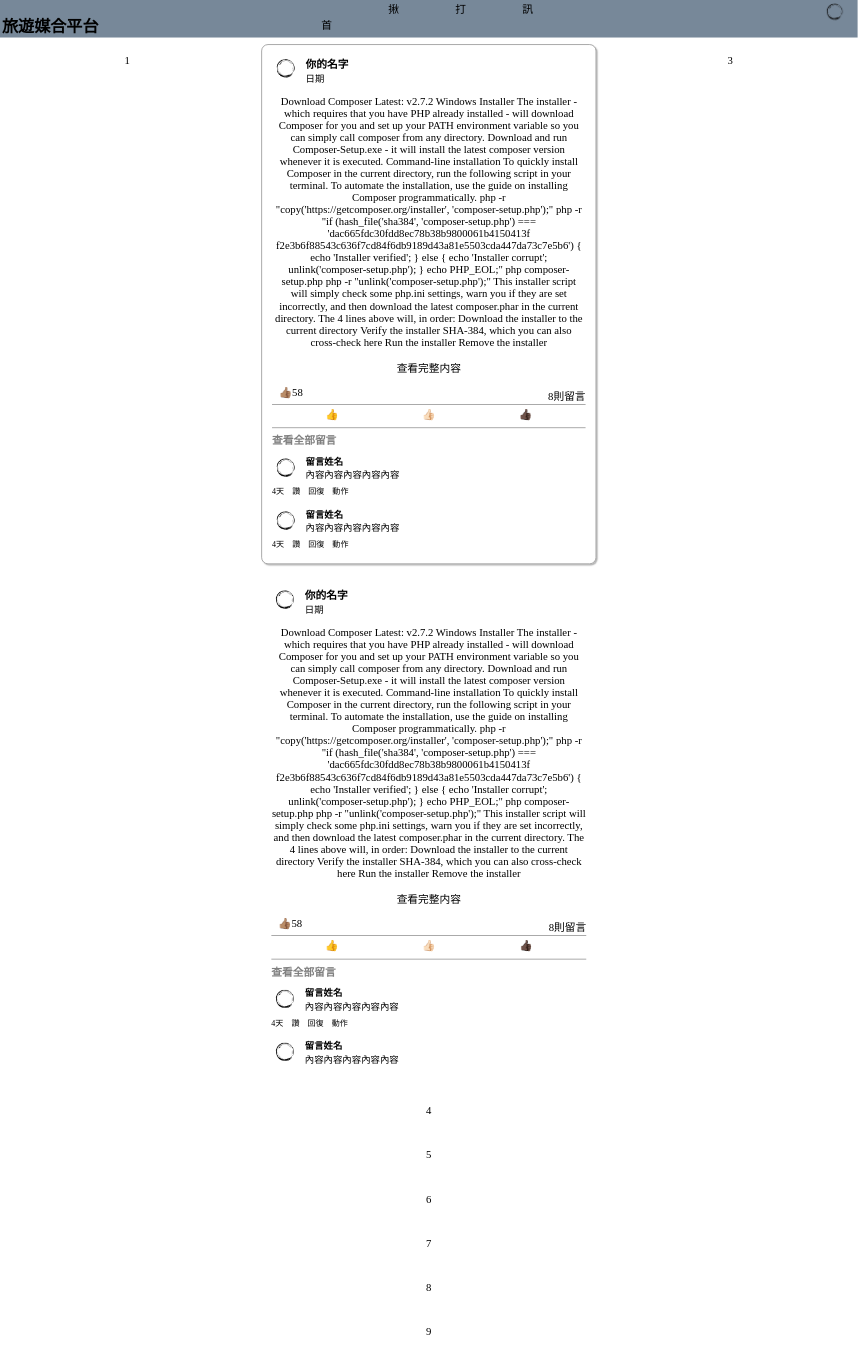
Repository: yuchiyang123/index_view
Page: http://localhost/
An editor plug-in stored every save of this project. The page is shown before and after the next save, followed by the edit.
The browser window is 1280 px wide. The pictures show the whole page, at 67% of full size.
The page is run by PHP 8.4 with error messages shown; the project is at /var/www/html/.

Above is the page before, as saved 2024-03-27 18:01:45.

After the next save:
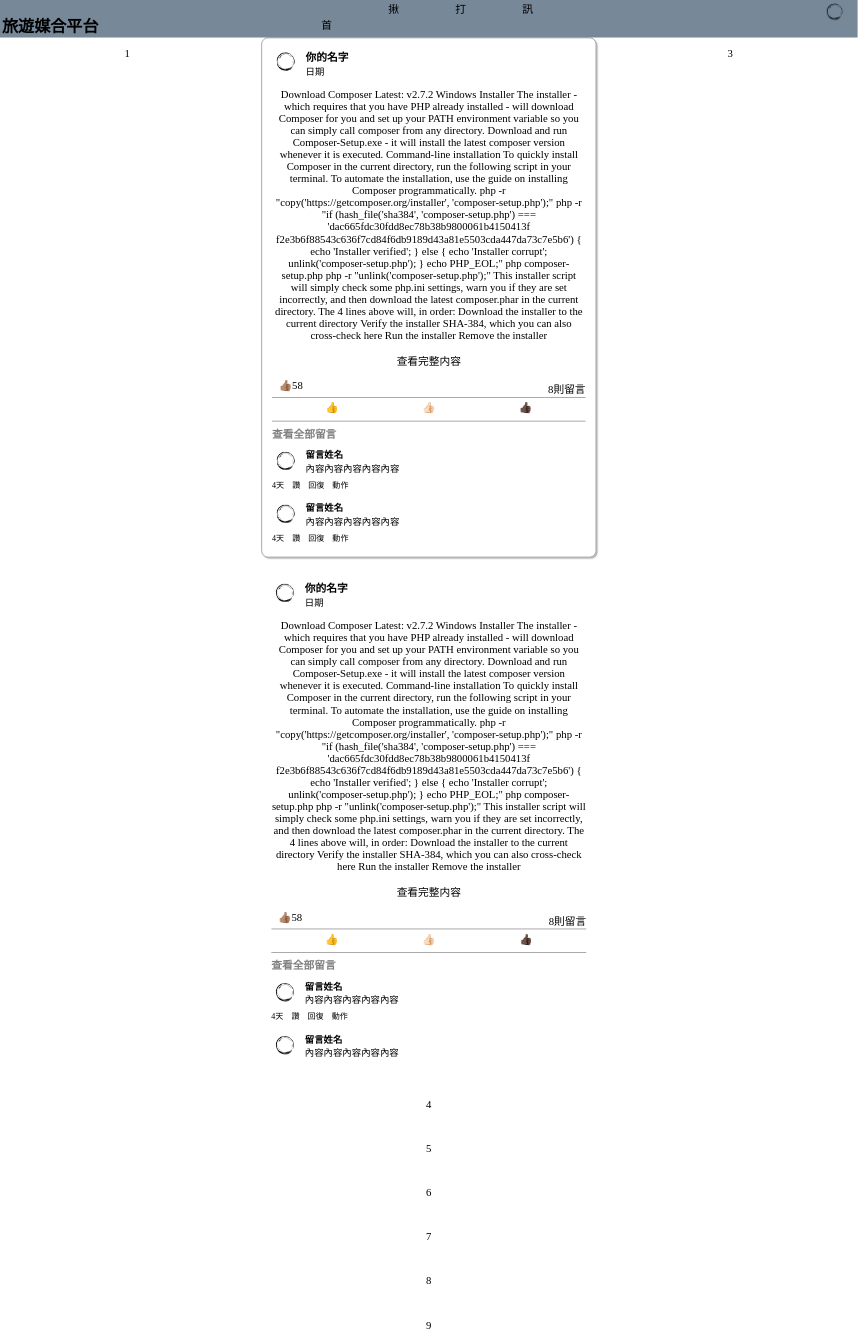
Saved 57 s later.
--- a/header.php
+++ b/header.php
@@ -10,7 +10,7 @@
     background-color: lightslategray;
     width: 100%; /* 设置标题栏的宽度为100%，使其填满整个屏幕 */
     height: 56px;
-    margin-bottom: 10px;
+    padding-bottom: 10px;
     box-sizing: border-box;
 }
 ion-icon {

After the 2 saves that followed:
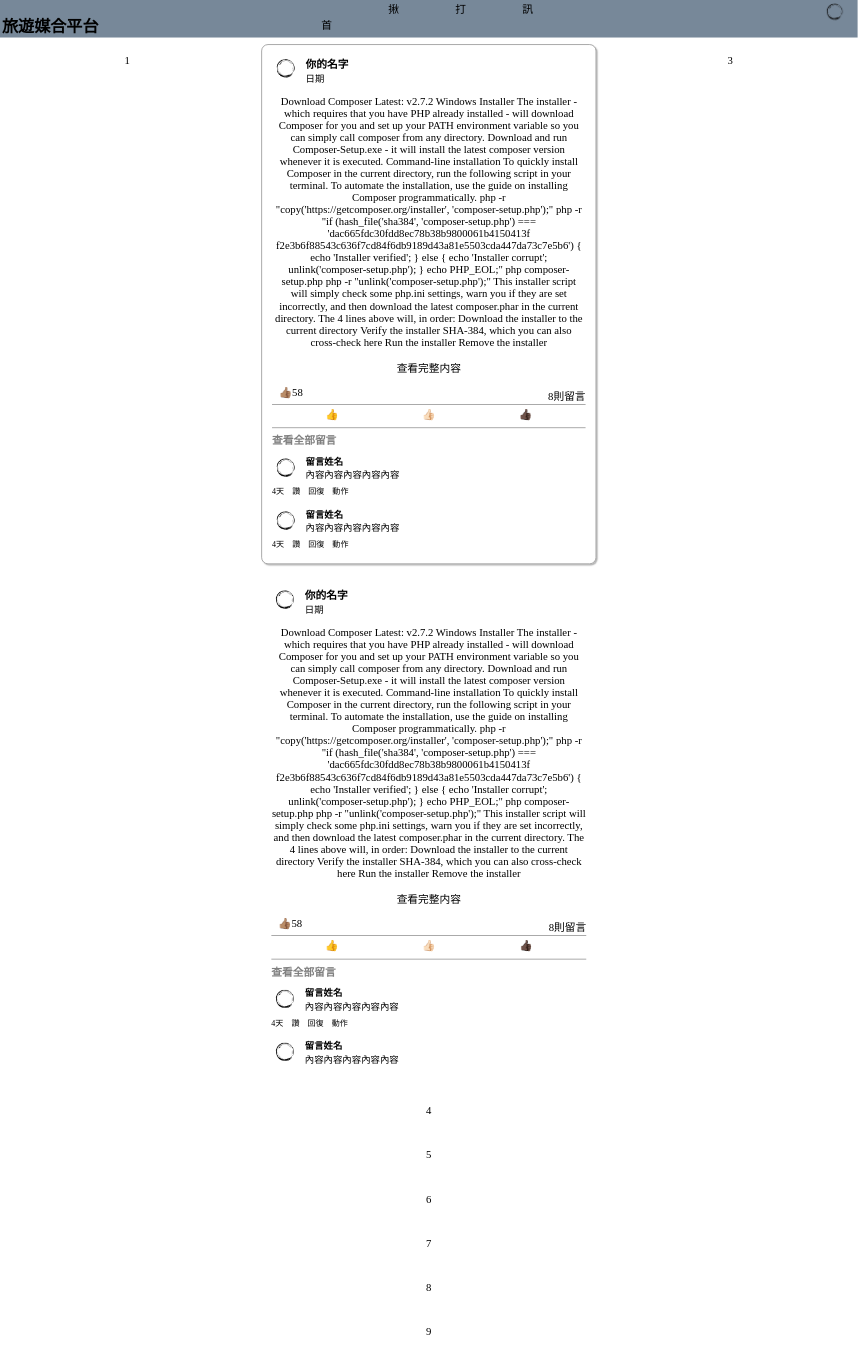
The 2 saves are shown as one change because 1 left the picture as it was.
The last was saved 27 s later.
--- a/header.php
+++ b/header.php
@@ -10,7 +10,7 @@
     background-color: lightslategray;
     width: 100%; /* 设置标题栏的宽度为100%，使其填满整个屏幕 */
     height: 56px;
-    padding-bottom: 10px;
+    margin-bottom: 10px;
     box-sizing: border-box;
 }
 ion-icon {
